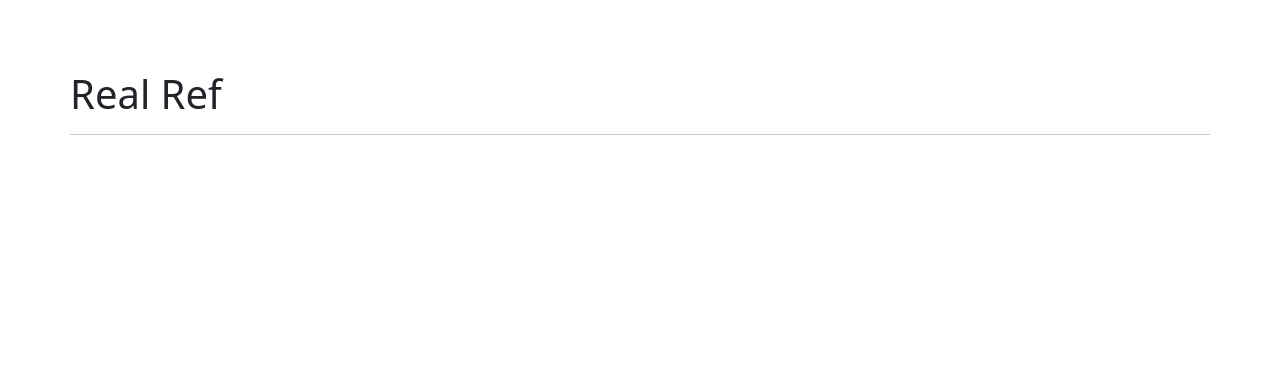
Repository: ppfeliuu/hooks-app
Page: /
These files come from the project's save history. The page is drawn as it stood at one moment and after the next save; the edit follows.
The browser window is 1280 px wide. The pictures show the whole page.
The page's requests for data from a server got no answer. The project was rebuilt for these pictures with package versions that can differ from the ones it lists, and the page was loaded fresh each time. No one was signed in, and anything a server would have sent is missing. Also part of the build but not shown: src/components/01-useState/CounterApp.js, src/components/01-useState/CounterWithCustomHook.js, src/hooks/useForm.js, src/components/02-useEffect/FormWithCustomHook.js, src/components/02-useEffect/Message.js, src/components/02-useEffect/SimpleForm.js, src/components/04-useRef/FocusScreen.js, src/components/examples/MultipleCustomHooks.js and 1 more.

Above is the page before, as saved 2021-05-29 22:45:33.

### public/index.html
<!DOCTYPE html>
<html lang="en">
  <head>
    <meta charset="utf-8" />
    <link rel="icon" href="%PUBLIC_URL%/favicon.ico" />
    <meta name="viewport" content="width=device-width, initial-scale=1" />
    <meta name="theme-color" content="#000000" />
    <meta
      name="description"
      content="Web site created using create-react-app"
    />
    <link rel="apple-touch-icon" href="%PUBLIC_URL%/logo192.png" />
    <!--
      manifest.json provides metadata used when your web app is installed on a
      user's mobile device or desktop. See https://developers.google.com/web/fundamentals/web-app-manifest/
    -->
    <link rel="manifest" href="%PUBLIC_URL%/manifest.json" />
    <!--
      Notice the use of %PUBLIC_URL% in the tags above.
      It will be replaced with the URL of the `public` folder during the build.
      Only files inside the `public` folder can be referenced from the HTML.

      Unlike "/favicon.ico" or "favicon.ico", "%PUBLIC_URL%/favicon.ico" will
      work correctly both with client-side routing and a non-root public URL.
      Learn how to configure a non-root public URL by running `npm run build`.
    -->
    <link
      href="https://cdn.jsdelivr.net/npm/bootstrap@5.0.1/dist/css/bootstrap.min.css"
      rel="stylesheet"
      integrity="sha384-+0n0xVW2eSR5OomGNYDnhzAbDsOXxcvSN1TPprVMTNDbiYZCxYbOOl7+AMvyTG2x"
      crossorigin="anonymous"
    />
    <title>Hooks App</title>
  </head>
  <body>
    <noscript>You need to enable JavaScript to run this app.</noscript>
    <div id="root"></div>
    <!--
      This HTML file is a template.
      If you open it directly in the browser, you will see an empty page.

      You can add webfonts, meta tags, or analytics to this file.
      The build step will place the bundled scripts into the <body> tag.

      To begin the development, run `npm start` or `yarn start`.
      To create a production bundle, use `npm run build` or `yarn build`.
    -->
  </body>
</html>

### src/index.js
import React from "react";
import ReactDOM from "react-dom";
import { CounterApp } from "./components/01-useState/CounterApp";
import { CounterWithCustomHook } from "./components/01-useState/CounterWithCustomHook";
import { FormWithCustomHook } from "./components/02-useEffect/FormWithCustomHook";
import { SimpleForm } from "./components/02-useEffect/SimpleForm";
import { FocusScreen } from "./components/04-useRef/FocusScreen";
import { RealExampleRef } from "./components/04-useRef/RealExampleRef";
import { MultipleCustomHooks } from "./components/examples/MultipleCustomHooks";
import { HookApp } from "./HookApp";

ReactDOM.render(<RealExampleRef />, document.getElementById("root"));

### src/components/04-useRef/RealExampleRef.js
import React from "react";
import "../02-useEffect/effects.css";

export const RealExampleRef = () => {
  return (
    <div>
      <h1>Real Ref</h1>
      <hr />
    </div>
  );
};

### src/hooks/useCounter.js
import { useState } from "react";

export const useCounter = (initialState = 1) => {
  const [counter, setCounter] = useState(initialState);

  const increment = () => {
    setCounter(counter + 1);
  };

  const decrement = () => {
    setCounter(counter - 1);
  };

  const reset = () => {
    setCounter(initialState);
  };

  return {
    counter,
    increment,
    decrement,
    reset,
  };
};

### src/components/03-examples/MultipleCustomHooks.js
import React from "react";
import { useCounter } from "../../hooks/useCounter";
import { useFetch } from "../../hooks/useFetch";
import "../02-useEffect/effects.css";

export const MultipleCustomHooks = () => {
  const { counter, increment } = useCounter(1);
  const { loading, data } = useFetch(
    `https://www.breakingbadapi.com/api/quotes/${counter}`
  );
  // console.log(state);

  const { author, quote } = !!data && data[0];

  return (
    <div>
      <h1>Breaking Bad Quotes</h1>
      <hr />

      {loading ? (
        <div className="alert alert-info text-center">Loading</div>
      ) : (
        <blockquote className="blockquote text-right">
          <p className="mb-2">{quote}</p>
          <footer className="blockquote-footer">{author}</footer>
        </blockquote>
      )}

      <button className="btn btn-primary" onClick={increment}>
        Next
      </button>
    </div>
  );
};

### src/hooks/useFetch.js
import { useEffect, useState } from "react";

export const useFetch = (url) => {
  const [state, setstate] = useState({
    data: null,
    loading: true,
    error: null,
  });

  useEffect(() => {
    setstate({ data: null, loading: true, error: null });
    fetch(url)
      .then((resp) => resp.json())
      .then((data) => {
        setstate({
          loading: false,
          error: null,
          data: data,
        });
      });
  }, [url]);

  return state;
};

Loaded but not shown: src/components/01-useState/counter.css (common file); src/components/02-useEffect/effects.css (common file)

After the next save:
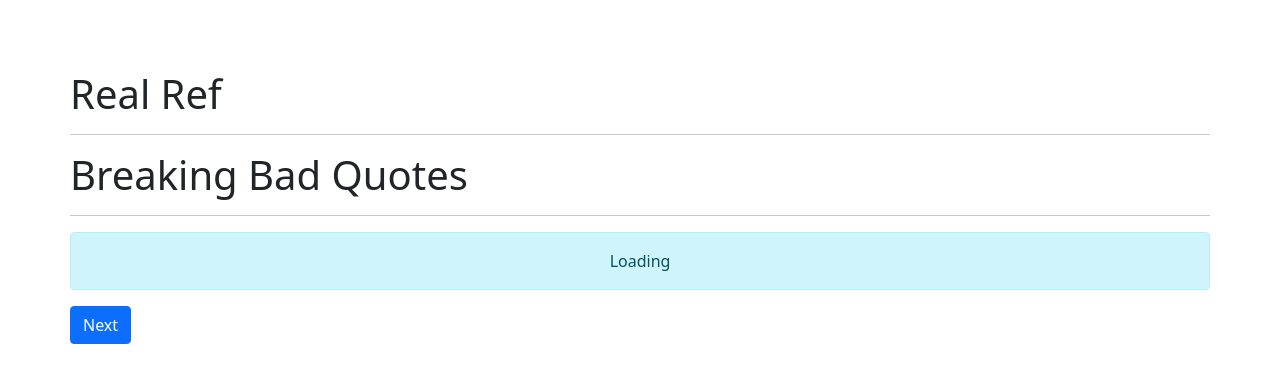
Saved 90 s later.
--- a/src/components/04-useRef/RealExampleRef.js
+++ b/src/components/04-useRef/RealExampleRef.js
@@ -1,11 +1,14 @@
 import React from "react";
 import "../02-useEffect/effects.css";
+import { MultipleCustomHooks } from "../03-examples/MultipleCustomHooks";
 
 export const RealExampleRef = () => {
   return (
     <div>
       <h1>Real Ref</h1>
       <hr />
+
+      <MultipleCustomHooks />
     </div>
   );
 };

After the 2 saves that followed:
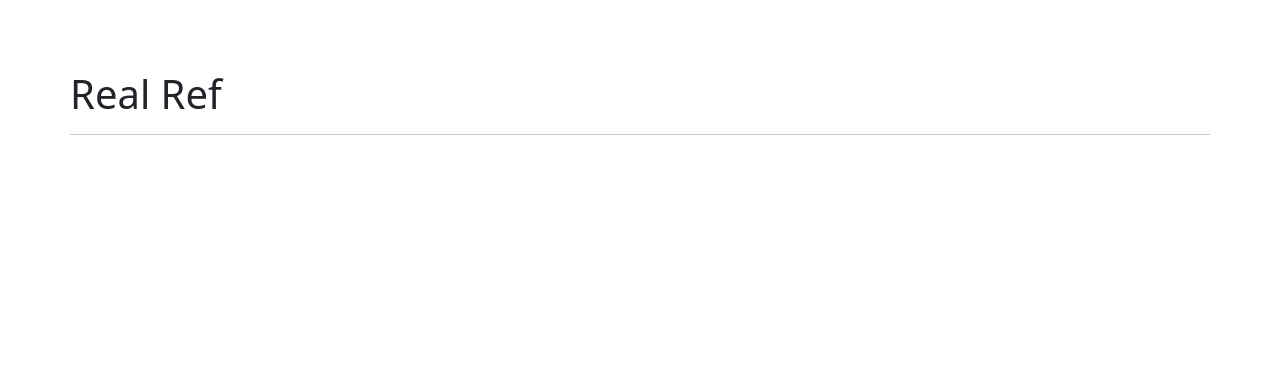
The 2 saves are shown as one change because 1 left the picture as it was.
The last was saved 60 s later.
--- a/src/components/04-useRef/RealExampleRef.js
+++ b/src/components/04-useRef/RealExampleRef.js
@@ -1,14 +1,16 @@
-import React from "react";
+import React, { useState } from "react";
 import "../02-useEffect/effects.css";
 import { MultipleCustomHooks } from "../03-examples/MultipleCustomHooks";
 
 export const RealExampleRef = () => {
+  const [show, setShow] = useState(false);
+
   return (
     <div>
       <h1>Real Ref</h1>
       <hr />
 
-      <MultipleCustomHooks />
+      {show && <MultipleCustomHooks />}
     </div>
   );
 };
